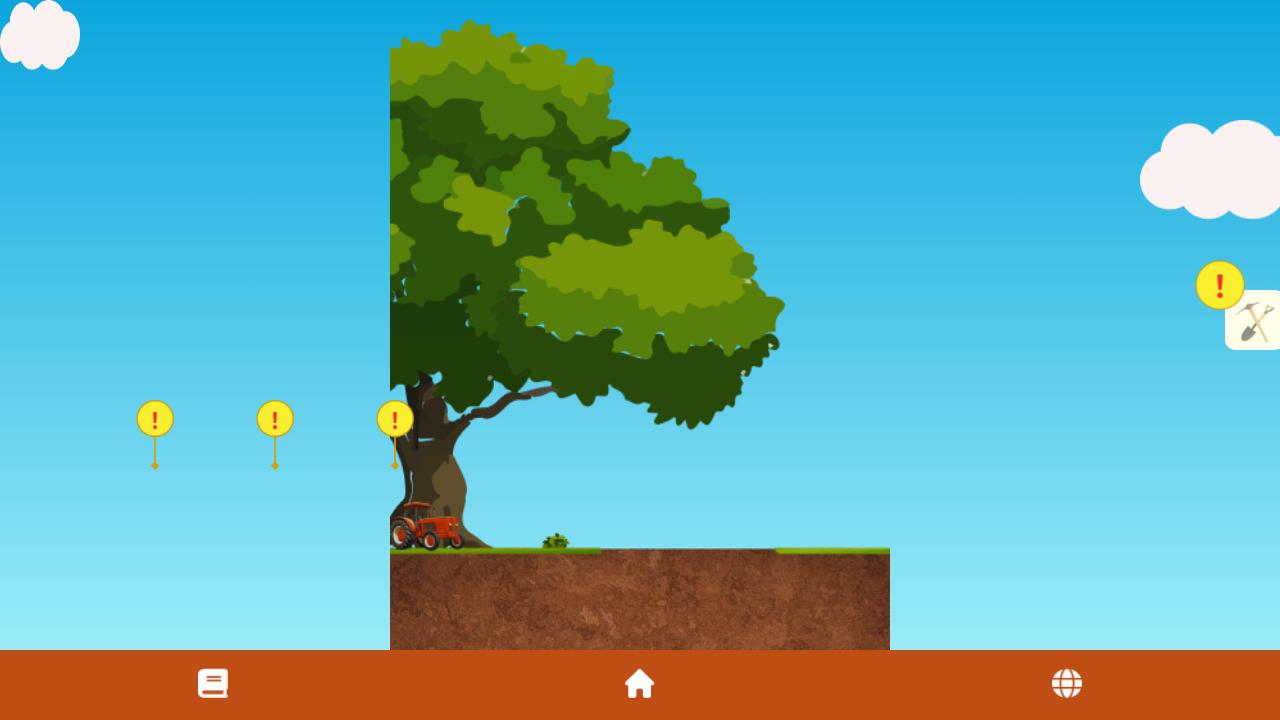
Repository: kobuchisouta/kome-app
Page: /
An editor plug-in stored every save of this project. The page is shown before and after the next save, followed by the edit.
The browser window is 1280 px wide. The pictures show the whole page.
The project was rebuilt for these pictures with package versions that can differ from the ones it lists, and the page was loaded fresh each time. The framework's server and built-in components were replaced by stand-ins that run in the browser. Also part of the build but not shown: next.config.ts.

Above is the page before, as saved 2025-01-29 11:07:03.

### src/app/layout.tsx
import type { Metadata } from "next";
import localFont from "next/font/local";
import "./globals.css";
import Footer from "./components/footer/Footer";

const geistSans = localFont({
  src: "./fonts/GeistVF.woff",
  variable: "--font-geist-sans",
  weight: "100 900",
});
const geistMono = localFont({
  src: "./fonts/GeistMonoVF.woff",
  variable: "--font-geist-mono",
  weight: "100 900",
});

export const metadata: Metadata = {
  title: "Create Next App",
  description: "Generated by create next app",
};

export default function RootLayout({
  children,
}: Readonly<{
  children: React.ReactNode;
}>) {
  return (
    <html lang="ja">
      <body>
        <header>
        </header>
        <main>

          {children}
        </main>
        <Footer />
      </body>
    </html>

  );
}

### src/app/page.tsx
"use client";
import Head from 'next/head';
import Image from 'next/image';
import { useState } from 'react';
import styles from './page.module.css'; // モジュールCSS
import Link from 'next/link';

export default function Home() {
  const [isModalOpen, setIsModalOpen] = useState(false);

  const openModal = () => setIsModalOpen(true);
  const closeModal = () => setIsModalOpen(false);

  return (
    <>
      <Head>
        <title>米⭐︎すたー</title>
        <meta name="viewport" content="width=device-width,initial-scale=1.0,minimum-scale=1.0" />
        <meta name="description" content="ここに説明文を設定" />
      </Head>

      <main className={styles.main}>
        <div className={styles.contents}>
          <div className={styles.clouds}>
            <p className={styles.cloud1}>
              <Image src="/cloud1.png" alt="雲" width={80} height={70} />
            </p>
            <p className={styles.cloud2}>
              <Image src="/cloud2.png" alt="雲" width={170} height={100} />
            </p>
          </div>

          <div className={styles.tools}>
            <div className={styles.toolBar}>
              <p>
                <Image src="/tools.png" alt="道具" width={50} height={50} />
              </p>
            </div>
            <div className={styles.lookUp}>
              <p>
                <Image src="/pickup.png" alt="見て" width={50} height={50} />
              </p>
            </div>
          </div>

          <div className={styles.stages}>
            <div className={styles.stagePick}>
              <a className={`${styles.stage} ${styles.modalOpen}`} onClick={openModal}>
                <Image src="/pick.png" alt="クリック" width={70} height={70} />
              </a>
              <a className={`${styles.stage} ${styles.modalOpen}`} onClick={openModal}>
                <Image src="/pick.png" alt="クリック" width={70} height={70} />
              </a>
              <a className={`${styles.stage} ${styles.modalOpen}`} onClick={openModal}>
                <Image src="/pick.png" alt="クリック" width={70} height={70} />
              </a>
            </div>

            {isModalOpen && (
              <div className={styles.modal}>
                <div className={styles.modalInner}>
                  <div className={styles.modalContent}>
                    <div className={styles.modalHeader}>
                      <h1>土地選びと購入準備</h1>
                    </div>
                    <div className={styles.modalBody}>
                      <Link href={"/home"}>エリア調査</Link>
                      <Link href={"/home"}>土地の購入</Link>
                      <a href="#">土地の整地</a>
                      <a href="#">水利権の確認</a>
                      <a href="#">情報収集</a>
                    </div>
                    <div className={styles.modalFooter}>
                      <span className={styles.modalClose} onClick={closeModal}>
                        閉じる
                      </span>
                    </div>
                  </div>
                </div>
              </div>
            )}

            <div className={styles.stageImg}>
              <a className={styles.stage1}>
                <Image src="/ine.png" alt="稲" width={50} height={50} />
              </a>
              <a className={styles.stage2}>
                <Image src="/makimaki.png" alt="田植え" width={70} height={70} />
              </a>
              <a className={styles.stage3}>
                <Image src="/sawasawa.png" alt="手入れ" width={70} height={70} />
              </a>
            </div>
          </div>
        </div>
      </main>
    </>
  );
}

### src/app/globals.css
* {
	margin: 0;
	padding: 0;
	box-sizing: border-box;
}
body {
	color: var(--foreground);
	background: var(--background);
	font-family: Arial, Helvetica, sans-serif;
	-webkit-font-smoothing: antialiased;
	-moz-osx-font-smoothing: grayscale;
	display: flex;
	flex-direction: column;
	width: 100%;
	height: 100%;
	margin: 0 auto;
}

* {
	box-sizing: border-box;
	text-decoration: none;
	list-style: none;
}

html {
	width: 100%;
	height: 100vh;
}

### src/app/components/footer/Footer.tsx

import Image from 'next/image';
import styles from './style.module.css';

export default function Footer() {
    return (
        <footer className={styles.footer}>
            <a href='/book' className={styles.book}>
                <Image src="/book.png" alt="book" width={30} height={30} />
            </a>
            <a href='/' className={styles.home}>
                <Image src="/house.png" alt="house" width={30} height={30} />
            </a>
            <a href='/news' className={styles.globe}>
                <Image src="/globe.png" alt="globe" width={30} height={30} />
            </a>
        </footer>
    );
}

### src/app/page.module.css
.main {
	background: url("/tree.png"), linear-gradient(#0ba5dd 0%, #aaf3fa 100%);
	background-repeat: no-repeat, no-repeat;
	background-position: bottom, center; /* 画像を中央に配置 */
	background-size: 500px 700px, auto; /* グラデーションは自動サイズ、画像はカバー */
	width: 100%;
	height: 100vh;
	position: fixed;
}

.contents {
	z-index: 100;
}

.clouds {
	.cloud1 {
		position: absolute;
	}

	.cloud2 {
		position: absolute;
		top: 120px;
		right: -30px;
	}
}
.tools {
	background: #fffee9;
	border-radius: 10px;
	width: 60px;
	height: 60px;
	position: absolute;
	right: -5px;
	top: 290px;

	.toolBar img {
		position: absolute;
		top: 8px;
		left: 4px;
	}

	.lookUp img {
		position: absolute;
		left: -30px;
		top: -30px;
	}
}

.stages {
	.stageImg {
		position: relative;
		display: flex;
		gap: 50px;
		top: 692px;
		left: 130px;
	}

	.stagePick {
		position: absolute;
		bottom: 220px;
		left: 120px;
		display: flex;
		gap: 20px;
		align-items: flex-end;
		background-color: transparent; /* 必要に応じて透明に設定 */
	}
	.stagePick:hover {
		animation: poyopoyo 2s ease-out infinite;
		opacity: 1;
	}
	@keyframes poyopoyo {
		0%,
		40%,
		60%,
		80% {
			transform: scale(1.0);
		}
		50%,
		70% {
			transform: scale(0.95);
		}
	}

	.stagePick {
		background-color: none;
	}

	.stage {
		position: relative;
		width: 100px;
		height: 100px;
	}
	.stage img {
		object-fit: contain;
	}
}

.modal {
	position: fixed;
	top: 0;
	left: 0;
	width: 100%;
	height: 100%;
	background-color: rgba(0, 0, 0, 0.5);
	display: flex;
	justify-content: center;
	align-items: center;
	z-index: 1000;
}

.modalInner {
	background-color: #f2ac3b;
	padding: 20px;
	border-radius: 10px;
	width: 80%;
	max-width: 500px;
}

.modalHeader,
.modalBody,
.modalFooter {
	margin-bottom: 10px;
	display: flex;
	justify-content: center;
	align-items: center;
	flex-direction: column;
	gap: 10px;
}

.modalHeader h1 {
	color: #fff;
	font-size: 1.5rem;
}

.modalBody a {
	color: #fff;
	border: #fff solid 1px;
	width: 100%;
	height: 50px;
	font-weight: bold;
	text-align: center;
	line-height: 50px;
	border-radius: 8px;
}

.modalClose {
	width: 150px;
	height: 50px;
	border-radius: 8px;
	text-align: center;
	line-height: 50px;
	background: #fff;
}
@keyframes modalopen {
	from {
		opacity: 0;
	}
	to {
		opacity: 1;
	}
}

.modal-header h1 {
	margin: 1rem 0;
}

.modal-close {
	font-size: 1.8rem;
}

.modal-close:hover {
	cursor: pointer;
}

### src/app/components/footer/style.module.css
.footer {
	width: 100%;
	height: 70px;
	display: flex;
	justify-content: space-around;
	align-items: center;
	background: #be4e14;
	z-index: 100;
	position: fixed;
	bottom: 0;
}

After the next save:
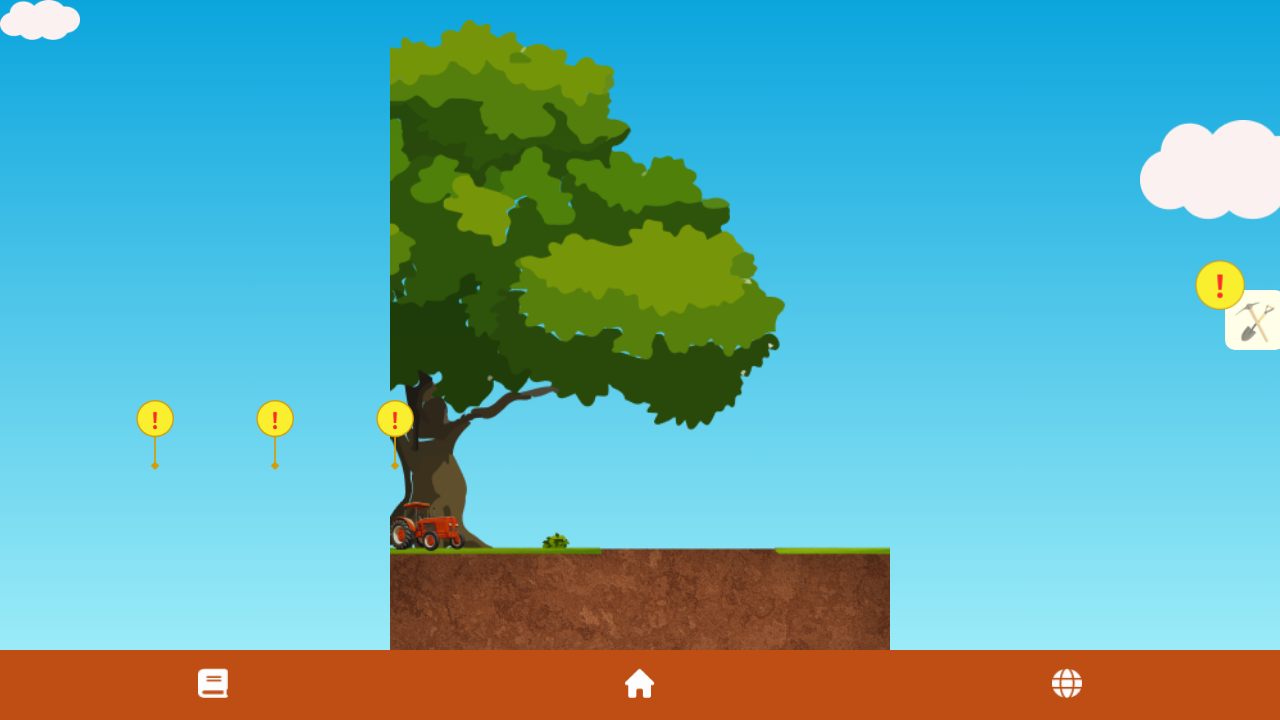
Saved 4 s later.
--- a/src/app/page.tsx
+++ b/src/app/page.tsx
@@ -23,7 +23,7 @@ export default function Home() {
         <div className={styles.contents}>
           <div className={styles.clouds}>
             <p className={styles.cloud1}>
-              <Image src="/cloud1.png" alt="雲" width={80} height={70} />
+              <Image src="/cloud1.png" alt="雲" width={80} height={40} />
             </p>
             <p className={styles.cloud2}>
               <Image src="/cloud2.png" alt="雲" width={170} height={100} />
